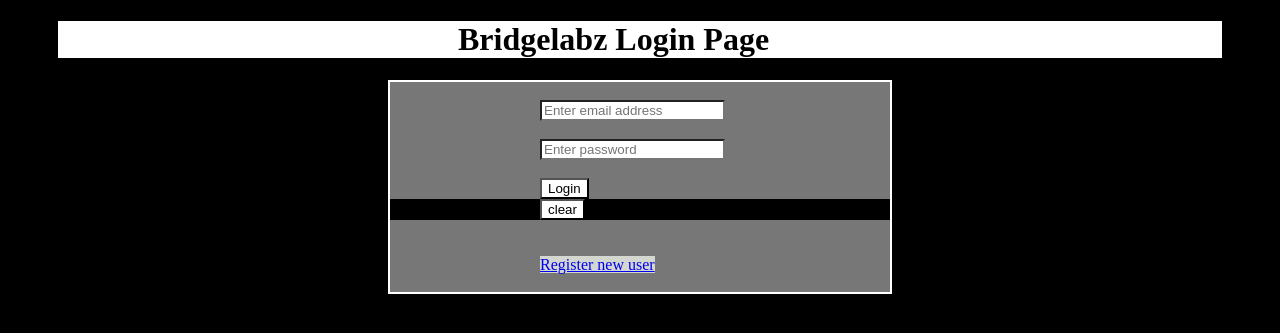
Repository: MarkFernandes11/Advanced-Java
Page: http://localhost/Login/login.jsp
These files come from the project's save history. The page is drawn as it stood at one moment and after the next save; the edit follows.
The browser window is 1280 px wide. The pictures show the whole page.
The page is served by Tomcat 9. Other server files are loaded and not shown.

Above is the page before, as saved 2019-09-26 11:21:47.

### Login/WebContent/login.jsp
<%@ page language="java" contentType="text/html; charset=UTF-8"
    pageEncoding="UTF-8"%>
<!DOCTYPE html>
<html>
<head>
<meta charset="UTF-8">
<title>Login Page</title>
<link rel="stylesheet" type="text/css" href="stylesheet.css">
</head>
<body>
	<header>
			<h1>Bridgelabz Login Page</h1>
	</header>
	<form action="LoginServlet" method = "post">
		<br>
		<input type = "email" placeholder = "Enter email address" name="username">
		<br><br>
		<input type = "password" placeholder = "Enter password" name="password">
		<br><br>
		<input type = "submit" value = "Login">  <div class="button"><input type="reset" value = "clear"></div>
		<br><br>
		<a href="register.jsp">Register new user</a>
		<br><br>
	</form>
</body>
</html>

### Login/WebContent/stylesheet.css
@charset "UTF-8";

*{
	background-color: #000;
}

body{

}

form{
	border: 2px solid #fff;
	background-color: #777;
	width: 500px;
	margin-left: auto;
	margin-right: auto;
}

header{
	margin-left: auto;
	margin-right: auto;
}

h1{

	background-color: #fff;
	padding-left: 400px;
	padding-right: auto;
	margin-left: 50px;
	margin-right: 50px;
}

input {
	background-color: #fff;
	margin-left: 150px;
}



a{
	background-color: #d3d7cf;
	margin-left: 150px;

}

After the next save:
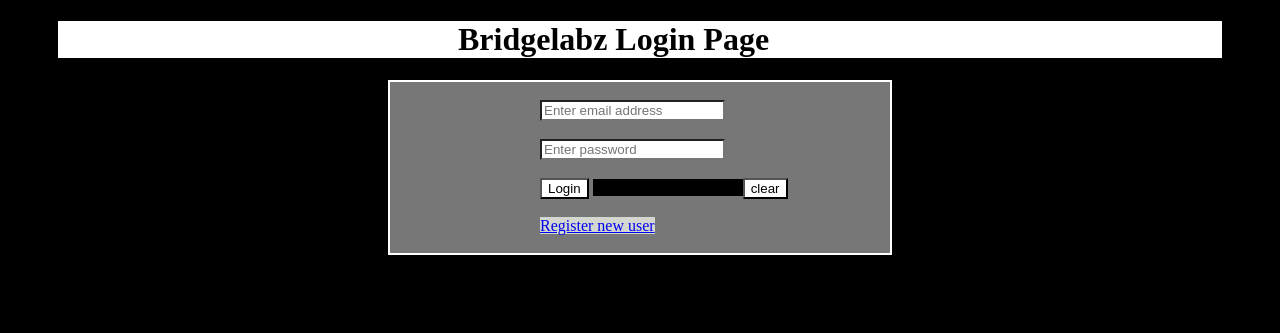
Saved 60 s later.
--- a/Login/WebContent/login.jsp
+++ b/Login/WebContent/login.jsp
@@ -17,7 +17,7 @@
 		<br><br>
 		<input type = "password" placeholder = "Enter password" name="password">
 		<br><br>
-		<input type = "submit" value = "Login">  <div class="button"><input type="reset" value = "clear"></div>
+		<input type = "submit" value = "Login">  <span><input type="reset" value = "clear"></span>
 		<br><br>
 		<a href="register.jsp">Register new user</a>
 		<br><br>
